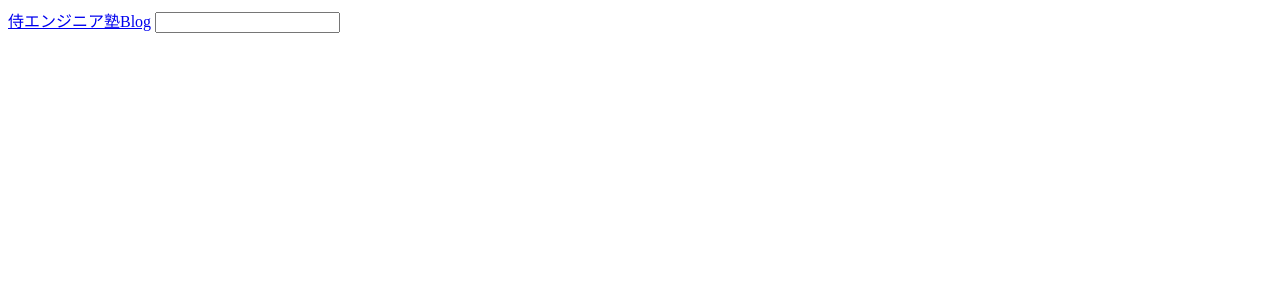
Repository: nya5/samurai_HTML-CSS
Page: fuga/hoge.html
The author's editor kept a record of every edit. The page is drawn from the files as they stood at one moment, then again after the next edit.
The browser window is 1280 px wide. The pictures show the whole page.

Above is the page before.

### fuga/hoge.html
<html lang="ja">
    <head>
        <meta charset="utf-8">
        <style>
            a:hover {
                background-color: red;
            }
            a:active {
                background-color: yellow;
            }

            input:focus {
                background-color: green;
            }
            h1:first-child {
                background-color: gray;
            }
        </style>
    </head>
    <body>
      <a href="https://www.sejuku.net/blog/">侍エンジニア塾Blog</a>
     <input type="text"/>
   　 </body>
</html>

After the next edit:
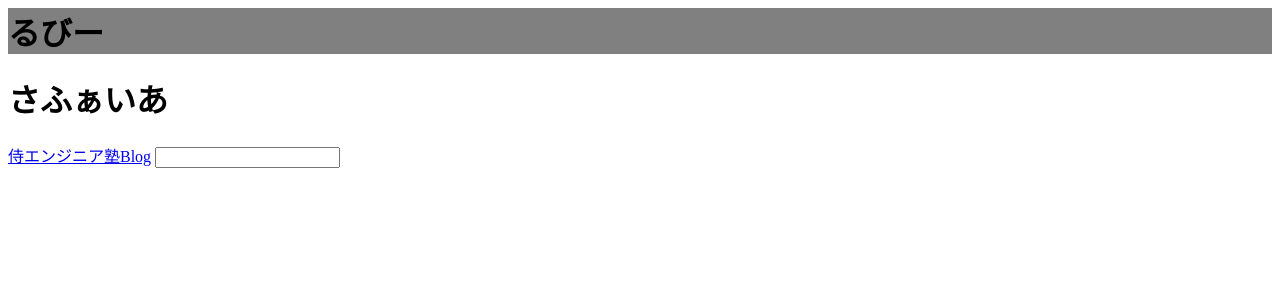
The edit:
--- a/fuga/hoge.html
+++ b/fuga/hoge.html
@@ -18,6 +18,8 @@
         </style>
     </head>
     <body>
+        <h1>るびー</h1>
+        <h1>さふぁいあ</h1>
       <a href="https://www.sejuku.net/blog/">侍エンジニア塾Blog</a>
      <input type="text"/>
    　 </body>
